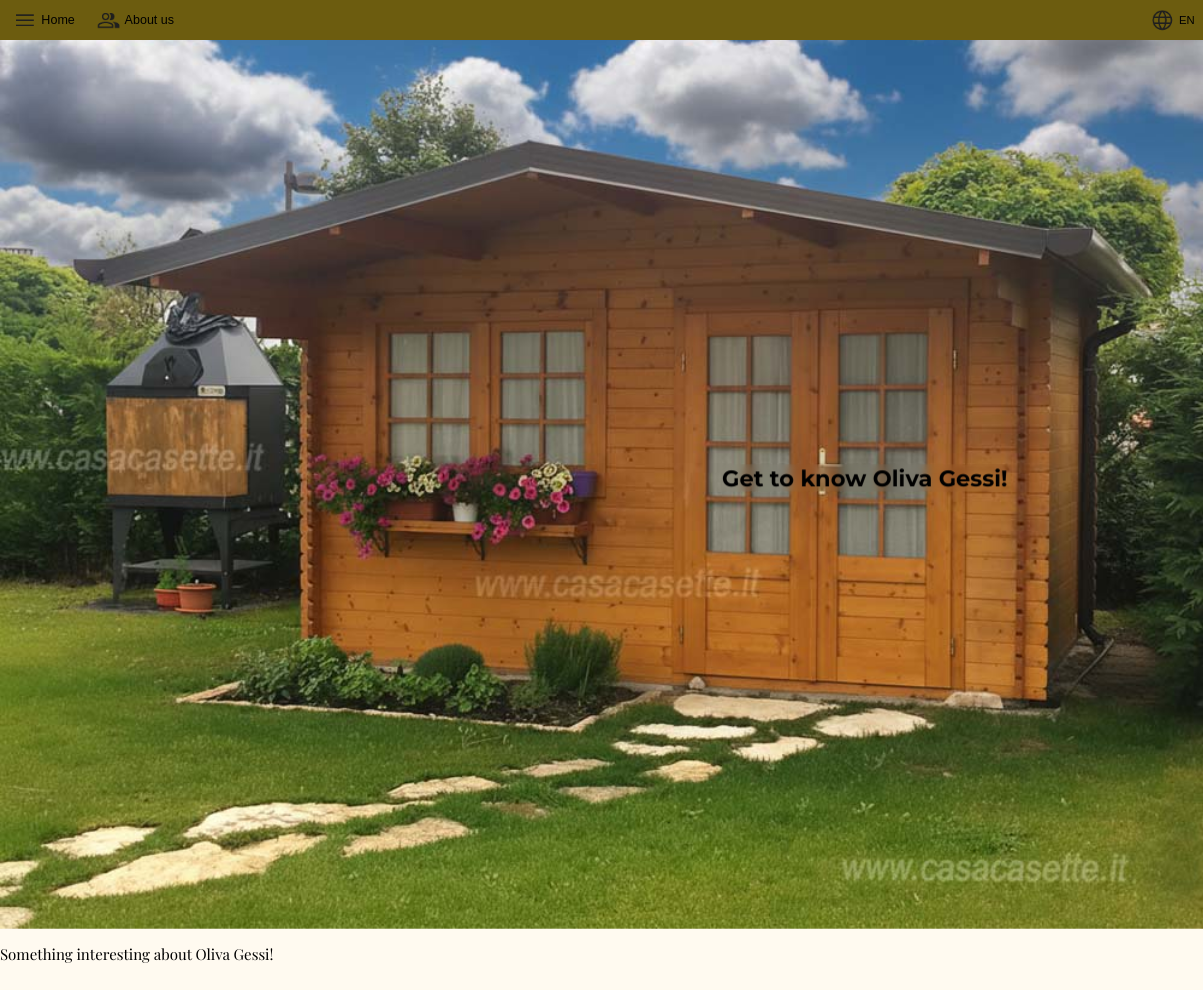
Repository: Seaside-Jokers/Oliva-gessi
Page: index.html
An editor plug-in stored every save of this project. The page is shown before and after the next save, followed by the edit.
The browser window is 1280 px wide. The pictures show the whole page, at 94% of full size.
Some web fonts or font styles are not loaded; a fallback is used.

Above is the page before, as saved 2026-02-17 15:14:12.

### index.html
<!DOCTYPE html>
<html lang="it">
<head>
    <meta charset="UTF-8">
    <title>Oliva Gessi</title>
    <link rel="stylesheet" href="src/style.css">
    <link rel="alternate" hreflang="en" href="index.html">
    <link rel="alternate" hreflang="it" href="index.html">
    <link rel="preconnect" href="https://fonts.googleapis.com">
    <link rel="preconnect" href="https://fonts.gstatic.com" crossorigin>
    <link href="https://fonts.googleapis.com/css2?family=Playfair+Display:ital,wght@0,400..900;1,400..900&display=swap" rel="stylesheet">
</head>
<body>
    <!-- ======================================================================= -->
    <!--                                 NAVBAR                                  -->
    <!-- ======================================================================= -->
    <nav class="navbar">
        <!-- Home -->
        <button class="btn-navbar" type="button" onclick="toggleMenu()">
            <img src="assets/menu_icon.png" data-key="home" alt="Home" class="icone" id="navbar-button">
            <span data-key="home" class="navData">Menu</span>
        </button>
        <!-- About us-->
        <button class="btn-navbar" type="button" onclick="location.href='about-us.html'">
            <img src="assets/about_us.png" data-key="about" alt="Chi siamo" class="icone">
            <span data-key="about" class="navData">Chi siamo</span>
        </button>
        <!-- Cambio lingua (a destra) -->
        <button class="btn-navbar lang-button" type="button" onclick="changeLang()">
            <img src="assets/language.png" data-key="language" alt="Cambia lingua" class="icone">
            <span data-key="current_language" class="nav-data">IT</span>
        </button>
    </nav>
    <!-- ======================================================================= -->
    <!--                                 SIDEBAR                                 -->
    <!-- ======================================================================= -->
    <!-- Strato trasparente che permette di chiudere il menu cliccando fuori -->
    <div class="clicker" onclick="closeMenu()"></div>
    <!-- Menu laterale vero e proprio -->
    <div class="sidebar" id="sidebar">
        <!-- Chiudi il menu -->
        <button class="sidebar-button on_top" type="button" onclick="closeMenu()">
            <img src="assets/close.png" alt="Chiudi menu" class="icone large">
            <span data-key="close_menu" class="side-data">Chiudi</span>
        </button>
        <!-- About us -->
        <button class="sidebar-button" type="button" onclick="location.href='about-us.html'">
            <img src="assets/about_us.png" alt="Chiudi menu" class="icone large">
            <span data-key="about" class="side-data">Chi siamo</span>
        </button>
        <details>
            <!-- Le varie pagine del file -->
            <summary data-key="cerca_pagina"></summary>
        </details>
    </div>

    <!-- ======================================================================= -->
    <!--                                CONTENUTO                                -->
    <!-- ======================================================================= -->
    <div class="container spaced">
        <!-- Foto dettagliata (prova) -->
        <img src="assets/prova_dettagliata.jpg" data-key="titolo_img" alt="Logo Oliva Gessi" class="immagine">
        <h2 data-key="titolo" id="titolotxt" class="blurry title">Vieni a conoscere Oliva Gessi!</h2>
    </div>
    <p data-key="testo_introduzione" class="text"></p>
    <div class="container spaced">
    </div>

    <!--=======================================================================-->
    <!--                      DO NOT TOUCH BELOW THIS LINE                     -->
    <!--=======================================================================-->
    <script src="src/database_testo.js"></script>
    <script src="src/color_scheme.js"></script>
    <script src="src/sidebar.js"></script>
</body>

<!-- TODO: leggi questo commento e poi eliminalo per favore: quando vuoi aggiungere un nuovo testo modificalo in src/database_testo.js -->
</html>

### src/style.css
/* -------------------------------------------------------------------------- */
/*                                    BASE                                    */
/* -------------------------------------------------------------------------- */
/* corpo dell'HTML */
body {
    font-family: 'Montserrat', sans-serif;
    margin: 0;
    padding: 0;
    background-color: var(--colors-background);
}
.spaced {
    margin-top: 28px;
}
.on_top {
    margin-top: 25px;
}

@font-face {
    font-family: 'Playfair Display';
    src: url('../fonts/Playfair_Display/PlayfairDisplay-VariableFont_wght.ttf') format('truetype');
    font-weight: 100 900;
    font-style: normal;
    font-display: swap;
}
@font-face {
    font-family: 'Playfair Display';
    src: url('../fonts/Playfair_Display/PlayfairDisplay-Italic-VariableFont_wght.ttf') format('truetype');
    font-weight: 100 900;
    font-style: italic;
    font-display: swap;
}

@font-face {
    font-family: 'Montserrat';
    src: url('../fonts/Montserrat/Montserrat-VariableFont_wght.ttf') format('truetype');
    font-weight: 100 900;
    font-style: normal;
    font-display: swap;
}
@font-face {
    font-family: 'Montserrat';
    src: url('../fonts/Montserrat/Montserrat-Italic-VariableFont_wght.ttf') format('truetype');
    font-weight: 100 900;
    font-style: italic;
    font-display: swap;
}

.text {
    font-family: 'Playfair Display', serif;
}
.title {
    font-family: 'Montserrat', sans-serif;
}

/* -------------------------------------------------------------------------- */
/*                                   NAVBAR                                   */
/* -------------------------------------------------------------------------- */
nav.navbar {
    position: fixed;
    top: 0;
    width: 100%;
    display: flex;
    align-items: center;
    background-color: var(--colors-primary);
    padding: 5px;
}
.icone {
    width: 25px;
    height: auto;
    display: block;
    margin: 0px 5px;
}
.icone.large {
    width: 30px;
}

button.btn-navbar {
    padding: 4px;
    margin-right: 10px;
    background: none;
    border: none;
    cursor: pointer;
    transition: transform 0.2s;
    display: flex;
    flex-direction: row;
    align-items: center;
    justify-content: center;
}
.btn-navbar:hover {
    transform: scale(1.1);
}
button.btn-navbar.lang-button {
    margin-left: auto;
    margin-right: 10px;
}
button.btn-navbar.ruotata {
    transform: rotate(90deg);
}

span.nav-data {
    font-size: 12px;
}
/* TODO: apertuta menu, rotazione di 90° quando il menù è aperto */

.btn-menu:hover {
    transform: scale(1.1);
}

/* -------------------------------------------------------------------------- */
/*                               SIDEBAR (HOME)                               */
/* -------------------------------------------------------------------------- */
.clicker {
    position: fixed;
    top: 0;
    left: 0;
    width: 0%;
    height: 0%;
    z-index: 1;
}
.clicker.show {
    width: 100%;
    height: 100%;
}
.sidebar {
    position: fixed;
    height: 100%;
    width: 250px;
    position: fixed;
    z-index: 1000;
    top: 0;
    left: -250px;
    background-color: var(--colors-primary);
    overflow-x: hidden;
    transition: 0.5s;
    flex-direction: column;
}
.sidebar.aperta {
    left: 0;
}
.sidebar-button {
    background: none;
    border: none;
    display: flex;
    flex-direction: row;
    align-items: center;
    flex: 1;
    margin: 8px 3px;
}
.side-data {
    font-size: 14px;
}
details {
  cursor: pointer;
  font-weight: bold;
  margin-top: 10px;
  margin-bottom: 15px;
  margin-left: 15px;
}

/* -------------------------------------------------------------------------- */
/*                                  CONTENUTO                                 */
/* -------------------------------------------------------------------------- */
.container {
    display: flex;
    flex-direction: row;
    align-items: center;
    justify-content: center;
    width: 100%;
}
.immagine {
    width: 100%;
    aspect-ratio: 4/3;
    margin-left: auto;
    margin-right: 0;
}
.blurry {
    backdrop-filter: blur(5px);
    -webkit-backdrop-filter: blur(8px);
}

#titolotxt {
    z-index: 200;
    position: absolute;
    left: 60%;
}

/* TODO far sì che scali tutto bene con le dimensioni dello schermo */



/* -------------------------------------------------------------------------- */
/*                              IMG (ABOUT US)                               */
/* -------------------------------------------------------------------------- */



#jacopo {

    margin: 100px, 100px;
}

/*
    Fonts: https://ctrl-z.it/9-font-architettura-tavole-portfolio https://material-f/
    Design: foundation.github.io/material-theme-builder/
    Fonts: Playfair Display (titoli), Montserrat (testo normale)
*/

### src/database_testo.js
const traduzioni = {
    "it": {
        titolo: "Vieni a conoscere Oliva Gessi!",
        home: "Home",
        about: "Chi siamo",
        language: "Cambia lingua",
        current_language: "IT",
        close_menu: "Chiudi",
        cerca_pagina: "Cerca la pagina",
        titolo_img: "Foto di Oliva Gessi",
        testo_introduzione: "Qualcosa di interessante su Oliva Gessi!", // TODO! completare
    },
    "en": {
        titolo: "Get to know Oliva Gessi!",
        home: "Home",
        about: "About us",
        language: "Change language",
        current_language: "EN",
        close_menu: "Close menu",
        cerca_pagina: "Search the page",
        titolo_img: "Oliva Gessi's image",
        testo_introduzione: "Something interesting about Oliva Gessi!", // TODO! completare
    }
}

function getTesto(key) {
    return traduzioni[state][key] || key;
}



/* -------------------------------------------------------------------------- */
/*                                DO NOT TOUCH                                */
/* -------------------------------------------------------------------------- */
let state =  getDefaultLang();

function aggiornaInterfaccia() {
    const elementi = document.querySelectorAll('[data-key]');

    elementi.forEach(el => {
        const chiave = el.getAttribute('data-key');
        const testoTradotto = traduzioni[state][chiave];

        if (testoTradotto) {
            if (el.tagName === 'IMG') {
                el.alt = testoTradotto;
            } else {
                // Altrimenti aggiorna il testo normale
                el.textContent = testoTradotto;
            }
        }
    });
}

/* -------------------------------------------------------------------------- */
/*                            Cambiamenti di stato                            */
/* -------------------------------------------------------------------------- */
function getDefaultLang() {
    if(navigator.language.substring(0, 2) === "it")
        return "it";

    return "en";
}
function defaultLang() {
    state = getDefaultLang();
    aggiornaInterfaccia();
    return true;
}
function changeLangTo(_state) {
    if(_state !== "it" && _state !== "en") {
        defaultLang();
        return;
    }
    state = _state;
    aggiornaInterfaccia();
}
function changeLang() {
    if(state === "it")
        changeLangTo("en");
    else
        changeLangTo("it");
}

document.addEventListener("DOMContentLoaded", aggiornaInterfaccia);

### src/sidebar.js
let menuAperto = false;

function toggleMenu() {
    menuAperto = !menuAperto;

    const icon = document.getElementById("navbar-button");
    icon.classList.toggle('ruotata');

    const menu = document.getElementById("sidebar");
    menu.classList.toggle('aperta');

    const clicker = document.querySelector(".clicker");
    clicker.classList.toggle('show');
}
function closeMenu() {
    if(!menuAperto) return;
    toggleMenu();
}

Loaded but not shown: src/color_scheme.js (530 lines, source omitted)

After the next save:
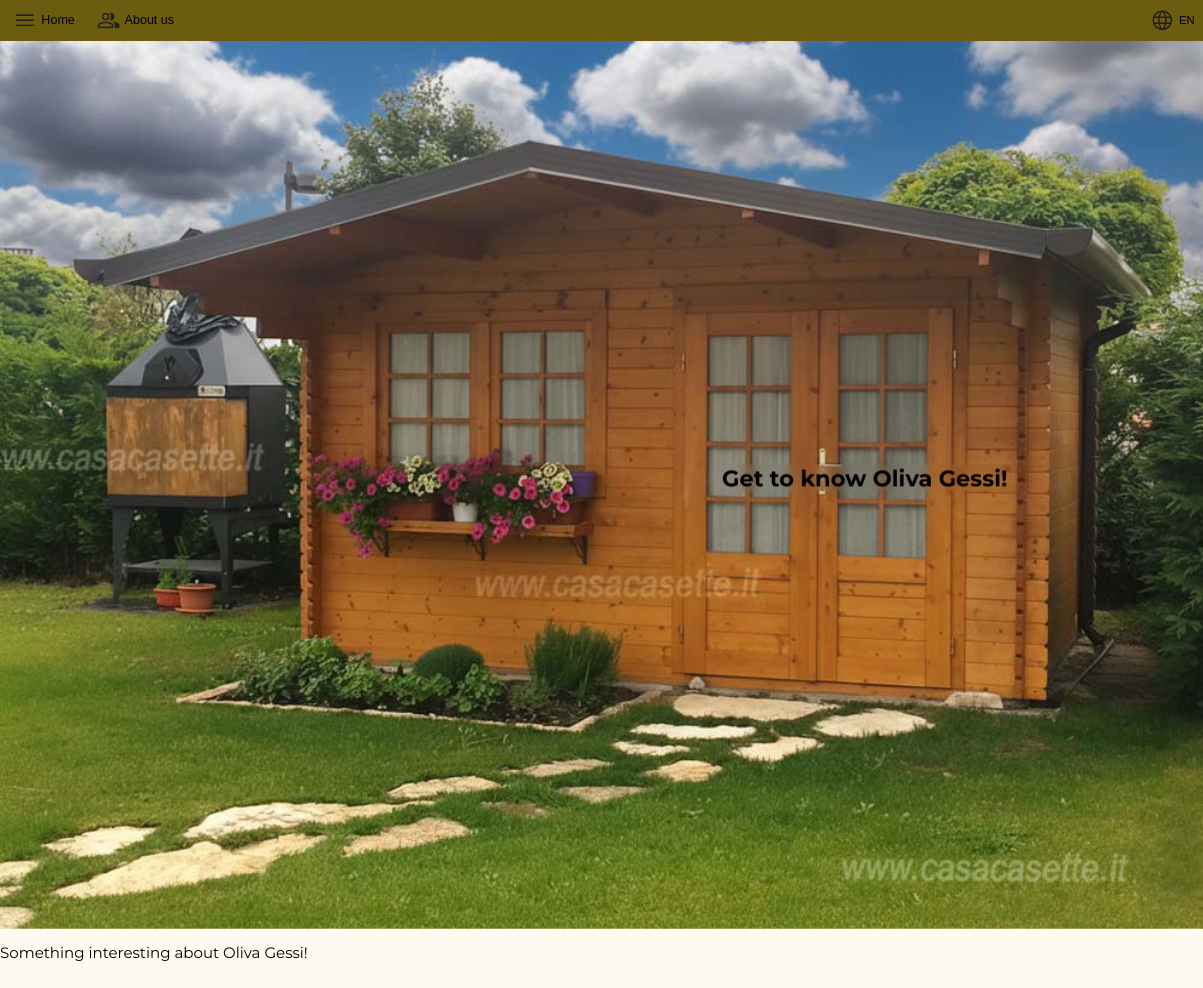
Saved 16 s later.
--- a/src/style.css
+++ b/src/style.css
@@ -45,7 +45,7 @@ body {
     font-display: swap;
 }
 
-.text {
+text {
     font-family: 'Playfair Display', serif;
 }
 .title {

After the 2 saves that followed:
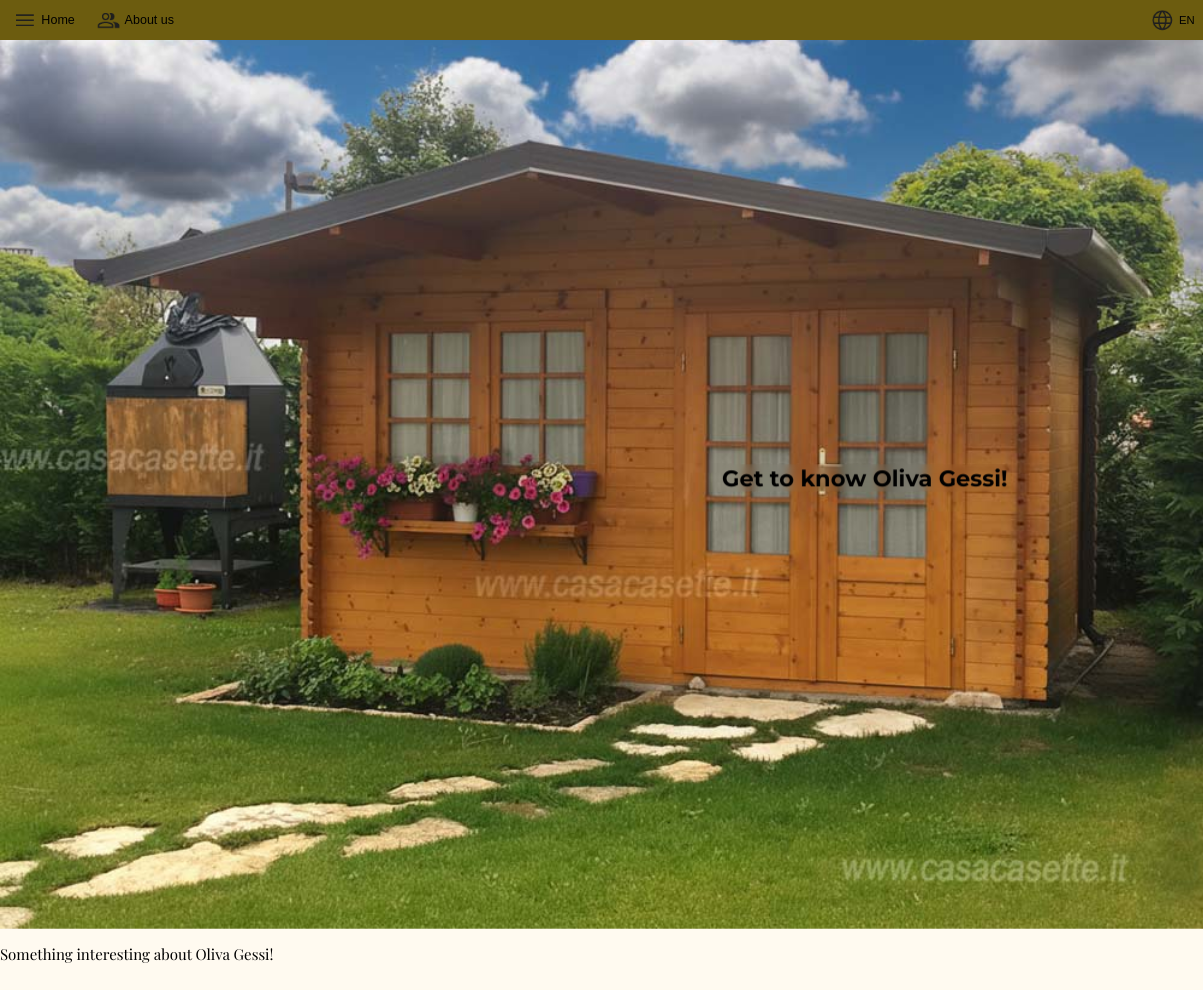
The 2 saves are shown as one change because 1 left the picture as it was.
The last was saved 14 s later.
--- a/src/style.css
+++ b/src/style.css
@@ -45,7 +45,7 @@ body {
     font-display: swap;
 }
 
-text {
+.text {
     font-family: 'Playfair Display', serif;
 }
 .title {
